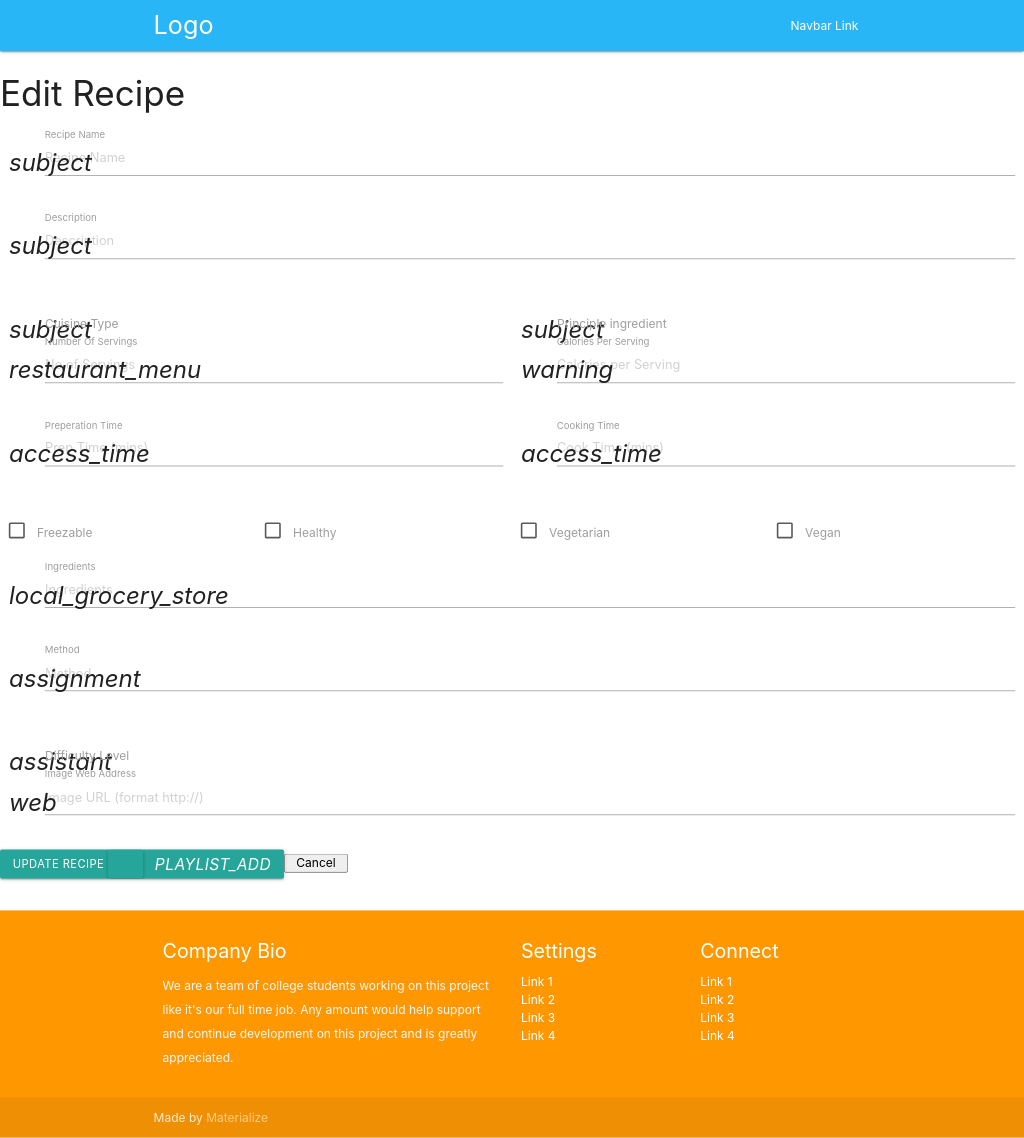
Repository: keefm6776/cookery-website
Page: templates/edit_recipe.html
The author's editor kept a record of every edit. The page is drawn from the files as they stood at one moment, then again after the next edit.
The browser window is 1280 px wide. The pictures show the whole page, at 80% of full size.
The page is served by the project's application, run on Flask 3 (app.py). The template is opened directly, without the code that normally fills it, so the values that code supplies are empty.

Above is the page before.
Console error: ReferenceError: jQuery is not defined

### templates/edit_recipe.html
{% extends 'base.html' %} {% block content %}

<h3>Edit Recipe</h3>

<div class="row">
    <form action="{{ url_for('update_recipe', recipe_id=recipe._id) }}" method="POST" class="col s12">
        <div class="row">
            <div class="input-field col s12">
                <i class="material-icons prefix">subject</i>
                <label>Recipe Name</label>
                <input placeholder="Recipe Name" id="recipe_name" name="recipe_name" type="text" class="validate" value="{{recipe.recipe_name}}">
            </div>
            <!-- input-field -->
        </div>
        <!-- Row -->
        <div class="row">
            <div class="input-field col s12">
                <i class="material-icons prefix">subject</i>
                <label>Description</label>
                <input placeholder="Description" id="blurb" name="blurb" type="text" class="validate" value="{{recipe.blurb}}">
            </div>
            <!-- input-field -->
        </div>
        <!-- Row -->

        <div class="row">
            <div class="input-field col s12 l6">
                <i class="material-icons prefix">subject</i>
                <select id="cuisine" name="cuisine" type="text">
            <option value="" disabled selected>Choose Cuisine</option>
            {% for cuisine in cuisines %}
                {% if cuisine.name == recipe.cuisine_type %}
                    <option value="{{cuisine.name}}" selected >{{cuisine.name}}</option>
                {% else %}
                    <option value="{{cuisine.name}}">{{cuisine.name}}</option>
                {% endif %}
            {% endfor %}

        </select>
                <label>Cuisine Type</label>
            </div>
            <!-- input-field -->

            <div class="input-field col s12 l6">
                <i class="material-icons prefix">subject</i>
                <select id="principle" name="principle_ingredient" type="text`">
            <option value="" disabled selected>Choose Principle Ingredient</option>
            {% for principle in principles %}
                {% if principle.name == recipe.principle_ingredient %}
                    <option value="{{principle.name}}" selected >{{principle.name}}</option>
                {% else %}
                    <option value="{{principle.name}}">{{principle.name}}</option>
                {% endif %}
            {% endfor %}

        </select>
                <label>Principle ingredient</label>
            </div>
            <!-- input-field -->
        </div>
        <!-- Row -->

        <div class="row">
            <div class="input-field col l6 s12">
                <i class="material-icons prefix">restaurant_menu</i>
                <label>Number Of Servings</label>
                <input placeholder="No of Servings" id="servings" name="servings" type="number" class="validate" value="{{recipe.servings}}">
            </div>
            <!-- input-field -->
            <div class="input-field col l6 s12">
                <i class="material-icons prefix">warning</i>
                <label>Calories Per Serving</label>
                <input placeholder="Calories per Serving" id="calories_per_serve" name="calories_per_serve" type="number" class="validate" value="{{recipe.calories_per_serve}}">
            </div>
            <!-- inpuit-field -->
        </div>
        <!-- Row -->

        <div class="row">
            <div class="input-field col l6 s12">
                <i class="material-icons prefix">access_time</i>
                <label>Preperation Time</label>
                <input placeholder="Prep Time (mins)" id="prep_time" name="prep_time" type="number" class="validate" value={{recipe.prep_time}}>
            </div>
            <!-- input-field -->
            <div class="input-field col l6 s12">
                <i class="material-icons prefix">access_time</i>
                <label>Cooking Time</label>
                <input placeholder="Cook Time (mins)" id="cook_time" name="cook_time" type="number" class="validate" value="{{recipe.cook_time}}">
            </div>
            <!-- input-field -->
        </div>
        <!-- Row -->

        <div class="row">
            <div class="input-field col s6 l3">
                <label>
                {% if recipe.isfreezable  == "on" %}
                    <input type="checkbox" id="isfreezable" name="isfreezable" class="filled-in" checked/>
                {% else %}
                    <input type="checkbox" id="isfreezable" name="isfreezable" class="filled-in"/>
                {% endif %}
                <span>Freezable</span>
        </label>
            </div>
            <!-- input-field -->

            <div class="input-field col s6 l3">
                <label>
          {% if recipe.ishealthy  == "on" %}
                    <input type="checkbox" id="ishealthy" name="ishealthy" class="filled-in" checked/>
                {% else %}
                    <input type="checkbox" id="ishealthy" name="ishealthy" class="filled-in"/>
                {% endif %}
          <span>Healthy</span>
        </label>
            </div>
            <!-- input-field -->

            <div class="input-field col s6 l3">
                <label>
          {% if recipe.isvegetarian  == "on" %}
                    <input type="checkbox" id="isvegetarian" name="isvegetarian" class="filled-in" checked/>
                {% else %}
                    <input type="checkbox" id="isvegetarian" name="isvegetarian" class="filled-in"/>
                {% endif %}
          <span>Vegetarian</span>
        </label>
            </div>
            <!-- input-field -->

            <div class="input-field col s6 l3">
                <label>
           {% if recipe.isvegan  == "on" %}
                    <input type="checkbox" id="isvegan" name="isvegan" class="filled-in" checked/>
                {% else %}
                    <input type="checkbox" id="isvegan" name="isvegan" class="filled-in"/>
                {% endif %}
          <span>Vegan</span>
        </label>
            </div>
            <!-- input-field -->
        </div>
        <!-- Row -->

        <br>

        <div class="row">
            <div class="input-field col s12">
                <i class="material-icons prefix">local_grocery_store</i>
                <label>Ingredients</label>
                <input placeholder="Ingredients" id="ingredients" name="ingredients" type="text" value="{{recipe.ingredients}}" />
            </div>
            <!-- input-field -->
        </div>
        <!-- Row -->

        <div class="row">
            <div class="input-field col s12">
                <i class="material-icons prefix">assignment</i>
                <label>Method</label>
                <input placeholder="Method" id="method" name="method" type="text" value="{{recipe.method}}" />
            </div>
            <!-- input-field -->
        </div>
        <!-- Row -->

        <div class="row">
            <div class="input-field col s12">
                <i class="material-icons prefix">assistant</i>
                <select id="difficulty" name="difficulty" type="text">
            <option value="" disabled selected>Choose Difficulty</option>
            {% for difficulty in difficulties %}
               {% if difficulty.level == recipe.difficulty %}
                    <option value="{{difficulty.level}}" selected >{{difficulty.level}}</option>
                {% else %}
                    <option value="{{difficulty.level}}">{{difficulty.level}}</option>
                {% endif %}
            {% endfor %}

        </select>
                <label>Difficulty Level</label>
            </div>
            <!-- input-field -->
        </div>
        <!-- Row -->


        <div class="row">
            <div class="input-field col s12">
                <i class="material-icons prefix">web</i>
                <label>Image Web Address</label>
                <input placeholder="Image URL (format http://)" id="image_url" name="image_url" type="url" class="validate" value="">
            </div>
            <!-- input-field -->
        </div>
        <!-- Row -->

        <div class="row">

            <button class="btn waves-effect waves-light" type="submit" name="btn_update_recipe">Update Recipe <i class="material-icons right">playlist_add</i>

            <input class="btn waves-effect waves-light" type="button" name="btn_cancel_recipe_edit" onclick="window.open('{{url_for('get_recipes')}}'" />


            <button >Cancel <i class="material-icons right" href=""></i>

<!--            <a href="{{url_for('get_recipes')}}" class="waves-effect waves-light btn btn_small red">Cancel</a>-->

      </button>
        </div>
        <!--Row-->


    </form>
</div>
<!-- Row -->

{% endblock %}

### templates/base.html
<!DOCTYPE html>
<html lang="en">

<head>
  <meta http-equiv="Content-Type" content="text/html; charset=UTF-8" />
  <meta name="viewport" content="width=device-width, initial-scale=1" />
  <title>Cookbook Website</title>

  <!--Load links to CSS files for materialize and my own-->
  <link rel="stylesheet" href="{{url_for('static', filename='css/style.css')}}" type="text/css">
  <link rel="stylesheet" href="{{url_for('static', filename='css/materialize.min.css')}}" type="text/css">
</head>

<body>

<nav class="light-blue lighten-1" role="navigation">
    <div class="nav-wrapper container"><a id="logo-container" href="#" class="brand-logo">Logo</a>
      <ul class="right hide-on-med-and-down">
        <li><a href="#">Navbar Link</a></li>
      </ul>

      <ul id="nav-mobile" class="sidenav">
        <li><a href="#">Navbar Link</a></li>
      </ul>
      <a href="#" data-target="nav-mobile" class="sidenav-trigger"><i class="material-icons">menu</i></a>
    </div>
  </nav>

  {% block content %}

  {% endblock %}

  <footer class="page-footer orange">
    <div class="container">
      <div class="row">
        <div class="col l6 s12">
          <h5 class="white-text">Company Bio</h5>
          <p class="grey-text text-lighten-4">We are a team of college students working on this project like it's our full time job. Any amount would help support and continue development on this project and is greatly appreciated.</p>


        </div>
        <div class="col l3 s12">
          <h5 class="white-text">Settings</h5>
          <ul>
            <li><a class="white-text" href="#!">Link 1</a></li>
            <li><a class="white-text" href="#!">Link 2</a></li>
            <li><a class="white-text" href="#!">Link 3</a></li>
            <li><a class="white-text" href="#!">Link 4</a></li>
          </ul>
        </div>
        <div class="col l3 s12">
          <h5 class="white-text">Connect</h5>
          <ul>
            <li><a class="white-text" href="#!">Link 1</a></li>
            <li><a class="white-text" href="#!">Link 2</a></li>
            <li><a class="white-text" href="#!">Link 3</a></li>
            <li><a class="white-text" href="#!">Link 4</a></li>
          </ul>
        </div>
      </div>
    </div>
    <div class="footer-copyright">
      <div class="container">
      Made by <a class="orange-text text-lighten-3" href="http://materializecss.com">Materialize</a>
      </div>
    </div>
  </footer>



  <!--JavaScript at end of body for optimized loading-->
  <script type="text/javascript" src="{{url_for('static', filename='js/init.js')}}"></script>
  <script type="text/javascript" src="{{url_for('static', filename='js/materialize.min.js')}}"></script>
  <script type="text/javascript" src="{{url_for('static', filename='js/jquery.js')}}"></script>
</body>



<footer>

</footer>

</html>

### app.py
import os
from flask import Flask, render_template, redirect, request, url_for
from flask_pymongo import PyMongo
from bson.objectid import ObjectId

app = Flask(__name__)
app.config["MONGO_DBNAME"] = 'cookbook'
app.config["MONGO_URI"] = 'mongodb+srv://root:31Wirpbj6677@cookery-website-xysxa.mongodb.net/cookbook?retryWrites=true&w=majority'

mongo = PyMongo(app)

@app.route('/')
@app.route('/get_recipes')
def get_recipes():
    return render_template("list_recipes.html", recipes=mongo.db.recipes.find())

@app.route('/add_recipe')
def add_recipe():
    return render_template("add_recipe.html", difficulty=mongo.db.difficulty.find(), cuisines=mongo.db.cuisine_type.find(), principle_ingredients=mongo.db.principle_ingredient.find())

@app.route('/insert_recipe', methods=['POST'])
def insert_recipe():
    recipes = mongo.db.recipes
    recipes.insert_one(request.form.to_dict())
    return redirect(url_for('get_recipes'))

@app.route('/view_recipe/<recipe_id>')
def view_recipe(recipe_id):
    the_recipe =  mongo.db.recipes.find_one({"_id": ObjectId(recipe_id)})
    all_cuisines =  mongo.db.cuisine_type.find()
    return render_template('view_recipe.html', recipe=the_recipe, cuisines=all_cuisines)

@app.route('/edit_recipe/<recipe_id>')
def edit_recipe(recipe_id):
    the_recipe =  mongo.db.recipes.find_one({"_id": ObjectId(recipe_id)})
    all_cuisines =  mongo.db.cuisine_type.find()
    all_principles =  mongo.db.principle_ingredients.find()
    all_difficulties = mongo.db.difficulty_levels.find()
    return render_template('edit_recipe.html', recipe=the_recipe, cuisines=all_cuisines, principles=all_principles, difficulties=all_difficulties)

@app.route('/update_recipe/<recipe_id>', methods=['POST'])
def update_recipe(recipe_id):
    recipes =  mongo.db.recipes
    recipes.update({'_id': ObjectId(recipe_id)},
    {'recipe_name': request.form.get('recipe_name'),
    'cuisine_type': request.form.get('cuisine_type'),
    'servings': request.form.get('servings'),
    'prep_time': request.form.get('prep_time'),
    'cook_time': request.form.get('cook_time'),
    'calories_per_serve': request.form.get('calories_per_serve'),
    'difficulty': request.form.get('difficulty'),
    'blurb': request.form.get('blurb'),
    'isfreezable': request.form.get('isfreezable'),
    'ishealthy': request.form.get('ishealthy'),
    'isvegan': request.form.get('isvegan'),
    'isvegetarian': request.form.get('isvegetarian'),
    'ingredients': request.form.get('ingredients'),
    'method': request.form.get('method'),
    'principle_ingredient': request.form.get('principle_ingredient')
    })
    return redirect(url_for('get_recipes'))

@app.route('/delete_recipe/<recipe_id>')
def delete_recipe(recipe_id):
    mongo.db.recipes.remove({'_id': ObjectId(recipe_id)})
    return redirect(url_for('get_recipes'))

if __name__ == '__main__':
    app.run(host=os.environ.get('IP'),
            port=int(os.environ.get('PORT')),
            debug=True)

### static/css/style.css
/* Custom Stylesheet */
/**
 * Use this file to override Materialize files so you can update
 * the core Materialize files in the future
 *
 * Made By MaterializeCSS.com
 */

nav ul a,
nav .brand-logo {
  color: #444;
}

p {
  line-height: 2rem;
}

.sidenav-trigger {
  color: #26a69a;
}

.parallax-container {
  min-height: 380px;
  line-height: 0;
  height: auto;
  color: rgba(255,255,255,.9);
}
  .parallax-container .section {
    width: 100%;
  }

@media only screen and (max-width : 992px) {
  .parallax-container .section {
    position: absolute;
    top: 40%;
  }
  #index-banner .section {
    top: 10%;
  }
}

@media only screen and (max-width : 600px) {
  #index-banner .section {
    top: 0;
  }
}

.icon-block {
  padding: 0 15px;
}
.icon-block .material-icons {
  font-size: inherit;
}

footer.page-footer {
  margin: 0;
}

### static/js/init.js
(function($){
  $(function(){

    $('.sidenav').sidenav();

  }); // end of document ready
})(jQuery); // end of jQuery name space

Loaded but not shown: static/css/materialize.min.css (library); static/js/materialize.min.js (library); static/js/jquery.js (library)

After the next edit:
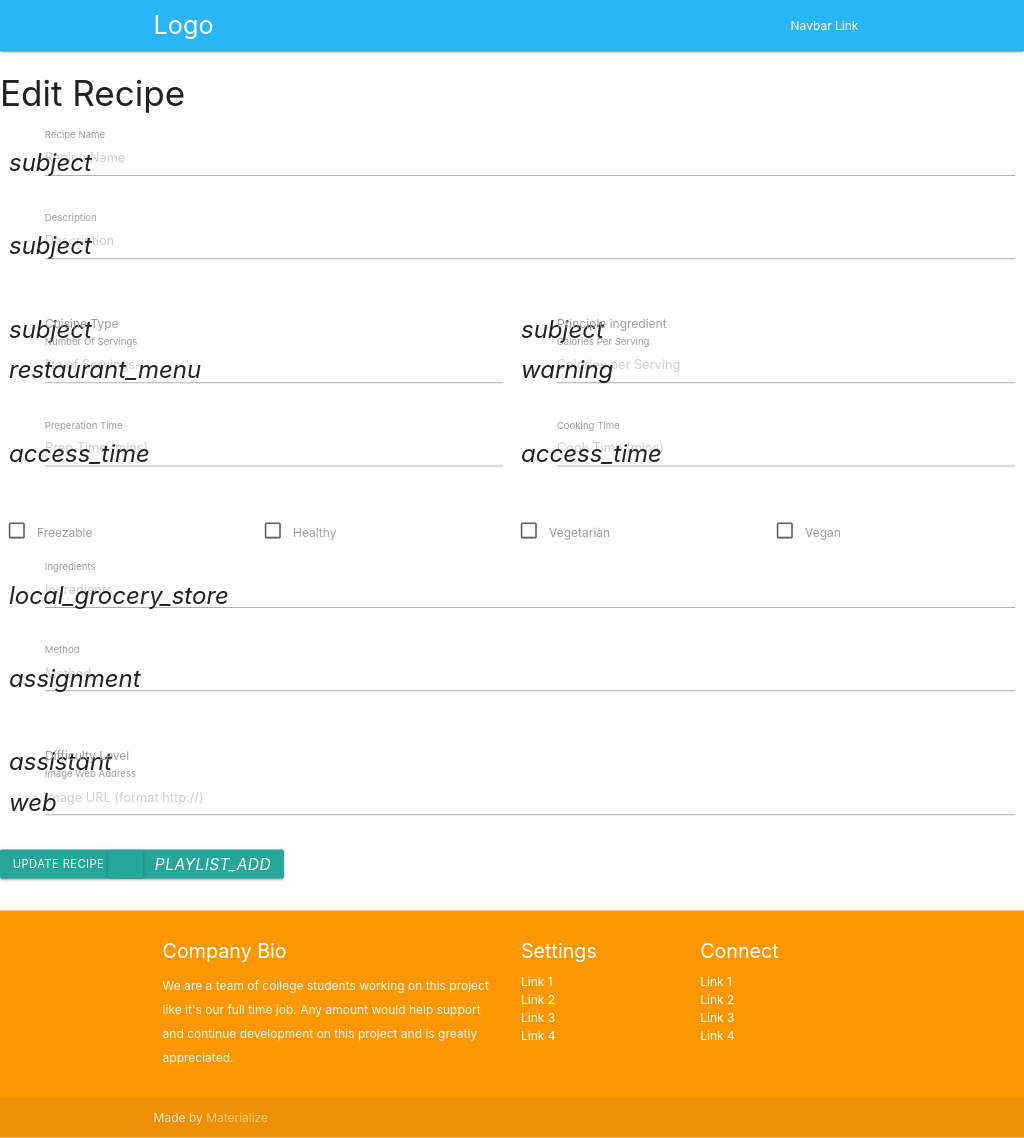
The edit:
--- a/templates/edit_recipe.html
+++ b/templates/edit_recipe.html
@@ -203,10 +203,6 @@
             <input class="btn waves-effect waves-light" type="button" name="btn_cancel_recipe_edit" onclick="window.open('{{url_for('get_recipes')}}'" />
 
 
-            <button >Cancel <i class="material-icons right" href=""></i>
-
-<!--            <a href="{{url_for('get_recipes')}}" class="waves-effect waves-light btn btn_small red">Cancel</a>-->
-
       </button>
         </div>
         <!--Row-->
